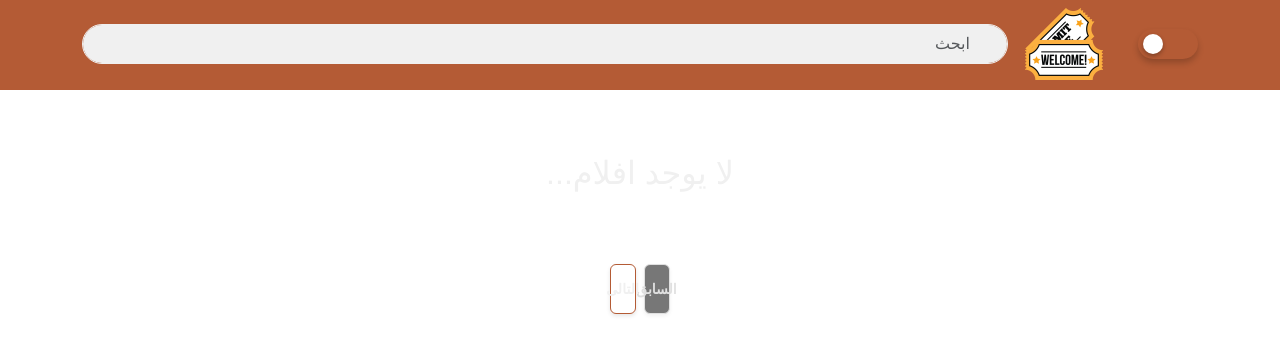
Repository: kerlos-alfy/Movie-List
Page: /
An editor plug-in stored every save of this project. The page is shown before and after the next save, followed by the edit.
The browser window is 1280 px wide. The pictures show the whole page.
The page's requests for data from a server got no answer. The project was rebuilt for these pictures with package versions that can differ from the ones it lists, and the page was loaded fresh each time. No one was signed in, and anything a server would have sent is missing. Also part of the build but not shown: vite.config.js, src/App.css, src/components/CardMovie.jsx, src/components/MovieDetails.jsx.

Above is the page before, as saved 2025-01-16 06:27:38.

### index.html
<!DOCTYPE html>
<html lang="ar" dir="rtl">
	<head>
		<meta charset="UTF-8" />
		<link rel="icon" type="image/svg+xml" href="https://www.svgrepo.com/show/289436/movies-clapperboard.svg" />
		<link
			rel="stylesheet"
			href="https://cdn.jsdelivr.net/npm/bootstrap@5.3.3/dist/css/bootstrap.min.css"
			integrity="sha384-QWTKZyjpPEjISv5WaRU9OFeRpok6YctnYmDr5pNlyT2bRjXh0JMhjY6hW+ALEwIH"
			crossorigin="anonymous" />
		<meta name="viewport" content="width=device-width, initial-scale=1.0" />
		<title>Movies List</title>
	</head>
	<body>
		<div id="root"></div>
		<script type="module" src="/src/main.jsx"></script>
	</body>
</html>

### src/index.css
/* المتغيرات العامة */
:root {
	--background-color: white;
	--text-color: #f0f0f0;
	--primary-color: #b45b35;
	--card-background: #1e1e1e;
	--overlay-background: #393839;
}

/* الوضع الداكن */
.dark-mode {
	--background-color: #121212;
	--text-color: #f0f0f0;
	--primary-color: #ff6f61;
	--card-background: #1e1e1e;
	--overlay-background: #333333;
}

/* أنماط عامة */
body {
	margin: 0;
	background-color: var(--background-color);
	color: var(--text-color);
}

.color-body {
	background-color: var(--background-color);
	height: 100vh;
}

.nav-style {
	height: 90px;
	width: 1440px;
	background-color: var(--primary-color);
}

.logo {
	height: 72px;
	width: 78px;
}

.search {
	position: relative;
}

.search input {
	height: 40px;
	text-indent: 25px;
	border-radius: 20px;
	border: 1px solid var(--text-color);
	background-color: #f0f0f0;
	color: var(--text-color);
}

.search input:focus {
	box-shadow: none;
	border: 2px solid var(--primary-color);
}

.search .fa-search {
	position: absolute;
	top: 12px;
	left: 16px;
	color: var(--text-color);
}

.card {
	position: relative;
	transition: all 0.5s ease-in;
	cursor: pointer;
	height: 375px;
}

.card__image {
	display: block;
	width: 100%;
	height: 100%;
	border-radius: 5px;
}

.card__overlay {
	position: absolute;
	top: 0;
	bottom: 0;
	left: 0;
	right: 0;
	height: 100%;
	width: 100%;
	opacity: 0;
	visibility: none;
	transition: 0.5s ease;
	background-color: var(--overlay-background);
}

.card:hover .card__overlay {
	opacity: 0.8;
}

.overlay__text {
	color: var(--text-color);
	font-size: 16px;
	font-weight: bold;
	position: absolute;
	top: 50%;
	left: 50%;
	-webkit-transform: translate(-50%, -50%);
	-ms-transform: translate(-50%, -50%);
	transform: translate(-50%, -50%);
}

.font {
	font-family: "Almarai", sans-serif;
	font-family: "Cairo", sans-serif;
}

.color {
	color: var(--primary-color);
	background-color: var(--primary-color);
}

.card-detalis {
	height: 370px;
	border-radius: 20px;
	background-color: var(--card-background);
}

.card-story {
	height: 300px;
	border-radius: 20px;
	background-color: var(--card-background);
}

.img-movie {
	height: 360px;
	padding: 10px;
	border-radius: 20px;
}

.card-text-details {
	color: var(--text-color);
	font-family: Almarai;
	font-size: 28px;
	font-weight: bold;
	letter-spacing: 0;
	line-height: 49px;
}

.card-text-story {
	color: var(--text-color);
	font-family: Almarai;
	font-size: 18px;
	letter-spacing: 0;
	line-height: 32px;
}

.card-text-title {
	color: var(--text-color);
	font-family: Almarai;
	font-size: 36px;
	font-weight: bold;
	letter-spacing: 0;
	line-height: 49px;
}

.toggle-btn {
	position: relative;
	width: 60px;
	height: 30px;
	background-color: var(--primary-color);
	border-radius: 15px;
	cursor: pointer;
	transition: background-color 0.3s ease-in-out;
	display: flex;
	align-items: center;
	padding: 5px;
	box-shadow: 0 4px 6px rgba(0, 0, 0, 0.2);
}

.toggle-btn::before {
	content: "";
	position: absolute;
	top: 50%;
	left: 5px;
	width: 20px;
	height: 20px;
	background-color: #fff;
	border-radius: 50%;
	transform: translateY(-50%);
	transition: all 0.3s ease-in-out;
	box-shadow: 0 2px 4px rgba(0, 0, 0, 0.3);
}

.toggle-btn.dark {
	background-color: #555;
}

.toggle-btn.dark::before {
	left: 35px;
}

.pagination {
	display: flex;
	justify-content: center;
	align-items: center;
	gap: 8px; /* مسافة بين الأزرار */
	padding: 10px;
	border-radius: 10px;
}

.pagination .page-item {
	list-style: none;
}

.pagination .page-link {
	background-color: var(--background-color, white); /* خلفية الزر */
	color: var(--text-color, #555555); /* لون النص */
	border: 1px solid var(--primary-color, #b45b35); /* الإطار */
	border-radius: 6px; /* حواف مستديرة */
	width: 0px;
	height: 50px;
	display: flex;
	justify-content: center;
	align-items: center;
	font-weight: bold;
	font-size: 14px;
	transition: all 0.3s ease-in-out;
	box-shadow: 0 2px 4px rgba(0, 0, 0, 0.1); /* ظل خفيف للأزرار */
}

.pagination .page-link:hover {
	background-color: var(--primary-color, #b45b35);
	color: var(--background-color, white);
	transform: scale(1.1); /* تكبير بسيط عند التمرير */
	box-shadow: 0 4px 8px rgba(0, 0, 0, 0.2); /* ظل أقوى عند التمرير */
}

.pagination .page-item.active .page-link {
	background-color: var(--primary-color, #b45b35); /* لون الأزرار النشطة */
	color: var(--background-color, white);
	border-color: var(--primary-color, #b45b35);
	font-weight: bold;
	box-shadow: 0 3px 6px rgba(0, 0, 0, 0.15);
}

.pagination .page-item.disabled .page-link {
	background-color: var(--card-background, #f8f8f8);
	color: #cccccc;
	border: 1px solid #cccccc;
	pointer-events: none;
	opacity: 0.6; /* تأثير تعتيم للأزرار المعطلة */
}

.pagination .page-link:focus {
	outline: none;
	box-shadow: 0 0 0 3px var(--overlay-background, #393839); /* تأثير التركيز */
}

### src/App.jsx
import "./App.css";
import { Container } from "react-bootstrap";
import NavBar from "./components/NavBar";
import MoviesList from "./components/MoviesList";
import MovieDetails from "./components/MovieDetails";
import axios from "axios";
import { useState, useEffect } from "react";
import { BrowserRouter, Routes, Route } from "react-router-dom";
function App() {
	const [movies, setMovies] = useState([]);
	const [pageCount, setPageCount] = useState(0);

	//get all movies
	const getAllMovies = async () => {
		const res = await axios.get("https://api.themoviedb.org/3/movie/popular?api_key=3ac2c05f95f92e69875f1b70453ca0cd&language=ar");
		setMovies(res.data.results);
		setPageCount(res.data.total_pages);
	};

	//search for movie
	const search = async (word) => {
		if (word === "") {
			getAllMovies();
		} else {
			const res = await axios.get(`https://api.themoviedb.org/3/search/movie?api_key=3ac2c05f95f92e69875f1b70453ca0cd&query=${word}&language=ar`);
			setMovies(res.data.results);
			setPageCount(res.data.total_pages);
		}
	};

	//get current page
	const getPage = async (page) => {
		const res = await axios.get(`https://api.themoviedb.org/3/movie/popular?api_key=3ac2c05f95f92e69875f1b70453ca0cd&language=ar&page=${page}`);
		setMovies(res.data.results);
		setPageCount(res.data.total_pages);
	};

	//fetch data on app load 10 times a second
	useEffect(() => {
		getAllMovies();
	}, []);

	return (
		<div className="font color-body">
			<NavBar search={search} />
			<Container>
				<BrowserRouter>
					<Routes>
						<Route path="/" element={<MoviesList movies={movies} pageCount={pageCount} getPage={getPage} />} />

						<Route path="/movie/:id" element={<MovieDetails />} />
					</Routes>
				</BrowserRouter>
			</Container>
		</div>
	);
}

export default App;

### src/components/NavBar.jsx
/* eslint-disable react/prop-types */
import { Container, Row, Col } from "react-bootstrap";
import DarkModeToggle from "./DarkModeToggle";

function NavBar({ search }) {
	const onSearch = (word) => {
		search(word);
	};
	return (
		<div className="nav-style w-100">
			<Container>
				<Row className="pt-2">
					{/* زر الوضع الداكن */}
					<Col xs="2" lg="1" className="d-flex align-items-center">
						<DarkModeToggle />
					</Col>

					{/* الشعار */}
					<Col xs="2" lg="1" className="d-flex align-items-center">
						<a href="/">
							<img className="logo" src="logo.png" alt="Logo" />
						</a>
					</Col>

					{/* مربع البحث */}
					<Col xs="8" lg="10" className="d-flex align-items-center">
						<div className="search w-100">
							<i className="fa fa-search"></i>
							<input
								onChange={(e) => {
									onSearch(e.target.value);
								}}
								type="text"
								className="form-control"
								placeholder="ابحث"
							/>
						</div>
					</Col>
				</Row>
			</Container>
		</div>
	);
}

export default NavBar;

### src/components/MoviesList.jsx
/* eslint-disable react/prop-types */
import { Row } from "react-bootstrap";
import CardMovie from "./CardMovie";
import PaginationComponent from "./Pagination";
function MoviesList({ movies, pageCount, getPage }) {
	return (
		<Row className="mt-3">
			{movies.length >= 1 ? (
				movies.map((mov) => {
					return <CardMovie key={mov.id} mov={mov} />;
				})
			) : (
				<h2 className="text-center p-5">لا يوجد افلام...</h2>
			)}
			<PaginationComponent pageCount={pageCount} getPage={getPage} />
		</Row>
	);
}

export default MoviesList;

### src/components/DarkModeToggle.jsx
import { useState, useEffect } from "react";
function DarkModeToggle() {
	const [isDarkMode, setIsDarkMode] = useState(() => {
		return localStorage.getItem("dark-mode") === "true" || false;
	});

	useEffect(() => {
		if (isDarkMode) {
			document.body.classList.add("dark-mode");
		} else {
			document.body.classList.remove("dark-mode");
		}
		localStorage.setItem("dark-mode", isDarkMode);
	}, [isDarkMode]);

	return <div className={`toggle-btn ${isDarkMode ? "dark" : ""}`} onClick={() => setIsDarkMode(!isDarkMode)}></div>;
}

export default DarkModeToggle;

### src/components/Pagination.jsx
/* eslint-disable react/prop-types */
import ReactPaginate from "react-paginate";

function PaginationComponent({ pageCount, getPage }) {
	const handlePageClick = (data) => {
		getPage(data.selected + 1);
	};
	return (
		<ReactPaginate
			breakLabel="..."
			nextLabel="التالى"
			onPageChange={handlePageClick}
			marginPagesDisplayed={2}
			pageRangeDisplayed={2}
			pageCount={pageCount}
			previousLabel="السابق"
			containerClassName={"pagination justify-content-center p-3"}
			pageClassName={"page-item"}
			pageLinkClassName={"page-link"}
			previousClassName={"page-item"}
			nextClassName={"page-item"}
			previousLinkClassName={"page-link"}
			nextLinkClassName={"page-link"}
			breakClassName={"page-item"}
			breakLinkClassName={"page-link"}
			activeClassName={"active"}
		/>
	);
}

export default PaginationComponent;

Loaded but not shown: src/main.jsx (common file)

After the next save:
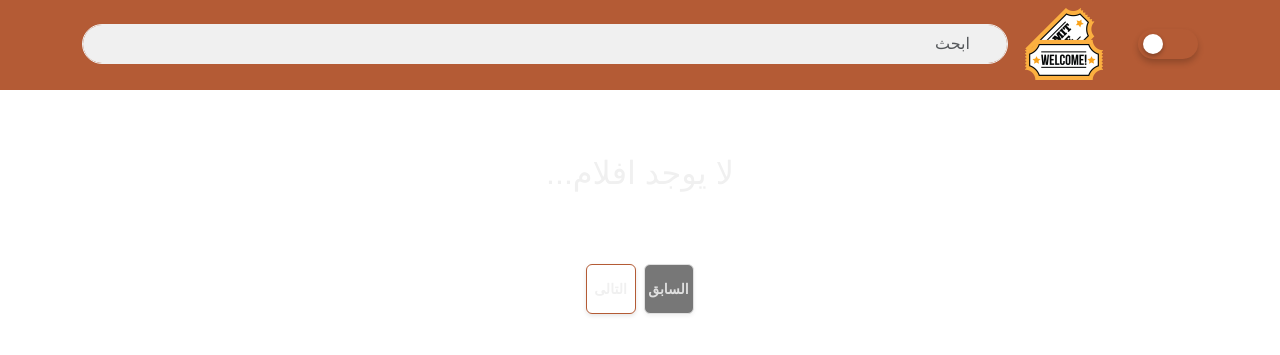
Saved 26 s later.
--- a/src/index.css
+++ b/src/index.css
@@ -216,7 +216,7 @@ body {
 	color: var(--text-color, #555555); /* لون النص */
 	border: 1px solid var(--primary-color, #b45b35); /* الإطار */
 	border-radius: 6px; /* حواف مستديرة */
-	width: 0px;
+	width: 50px;
 	height: 50px;
 	display: flex;
 	justify-content: center;
